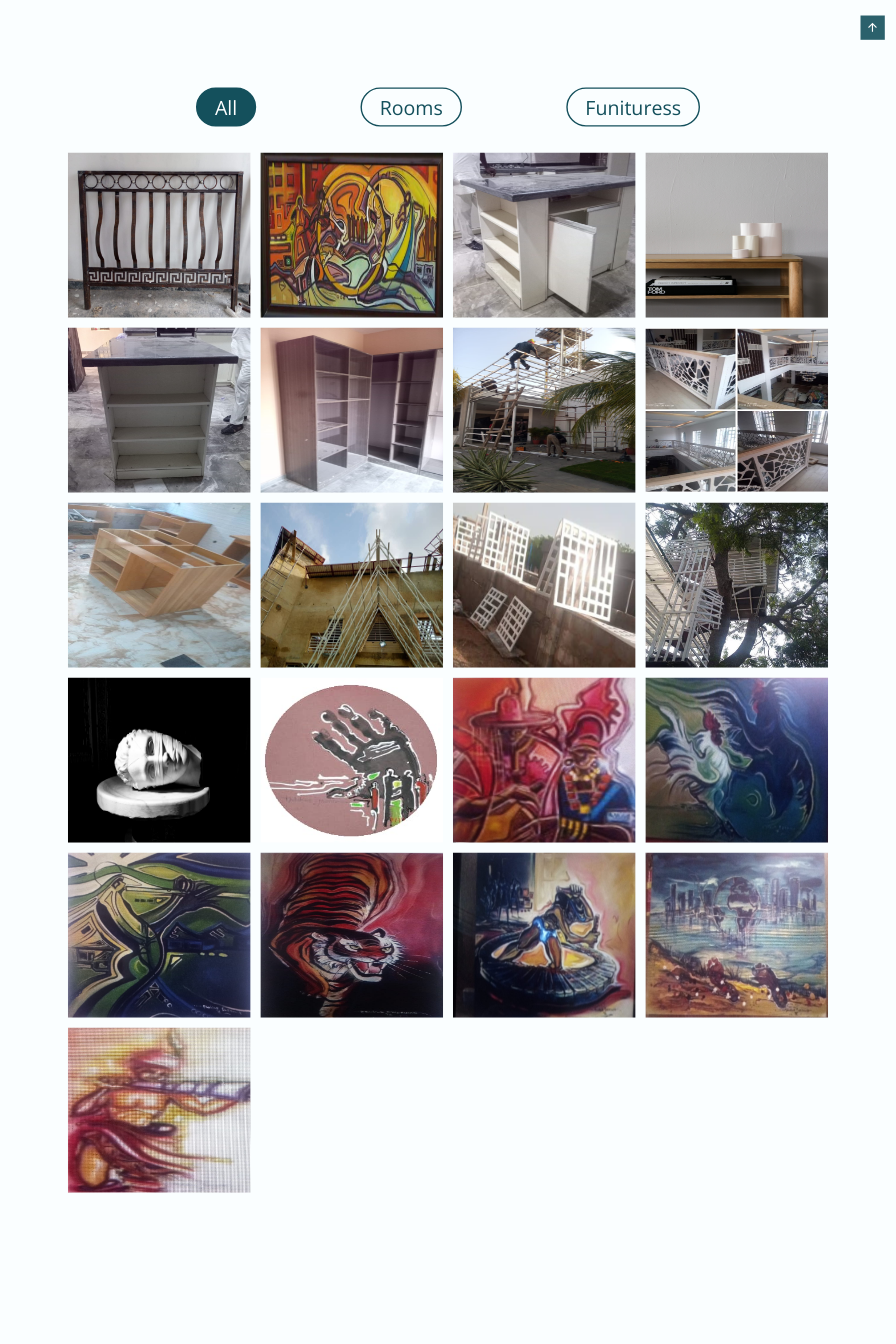
Repository: uche-hub/ARTBIT-WEB
Page: interiors.html
An editor plug-in stored every save of this project. The page is shown before and after the next save, followed by the edit.
The browser window is 1280 px wide. The pictures show the part of the page from y = 807 to 2727 px (the page is 3204 px tall), at 70% of full size.

Above is the page before, as saved 2021-11-17 15:39:27.
Console error: TypeError: Cannot read properties of null (reading 'classList')

### interiors.html
<!DOCTYPE html>
<html lang="en">
  <head>
    <meta charset="UTF-8" />
    <meta name="viewport" content="width=device-width, initial-scale=1.0" />

    <link rel="shortcut icon" href="assets/img/favicon.png" type="image/png" />

    <!--=============== REMIXICONS ===============-->
    <link
      href="https://cdn.jsdelivr.net/npm/remixicon@2.5.0/fonts/remixicon.css"
      rel="stylesheet"
    />

    <!--=============== SWIPER CSS ===============-->
    <link rel="stylesheet" href="assets/css/swiper-bundle.min.css" />

    <!--=============== CSS ===============-->
    <link rel="stylesheet" href="assets/css/styles.css" />
    <title>Art Work</title>
  </head>

  <body>
    <header class="header" id="header">
      <nav class="nav container">
        <a href="index.html" class="nav__logo">ARTBIT NIG LTD</a>

        <div class="nav__menu" id="nav-menu">
          <ul class="nav__list">
            <li class="nav__item">
              <a href="index.html" class="nav__link">Home</a>
            </li>
            <li class="nav__item">
              <a href="about.html" class="nav__link">About</a>
            </li>
            <li class="nav__item">
              <a href="interiors.html" class="nav__link active-link"
                >Interiors</a
              >
            </li>
            <li class="nav__item">
              <a href="art.html" class="nav__link">Art Works</a>
            </li>
            <li class="nav__item">
              <a href="contact.html" class="nav__link">Contact Us</a>
            </li>
          </ul>

          <div class="nav__dark">
            <!-- Theme change button -->
            <span class="change-theme-name">Dark mode</span>
            <i class="ri-moon-line change-theme" id="theme-button"></i>
          </div>

          <i class="ri-close-line nav__close" id="nav-close"></i>
        </div>

        <div class="nav__toggle" id="nav-toggle">
          <i class="ri-function-line"></i>
        </div>
      </nav>
    </header>

    <main class="main">
      <section class="home" id="home">
        <img src="assets/img/interiorsbg2.jpg" alt="" class="home__img" />

        <div class="home__container container grid">
          <div class="home__data">
            <span class="home__data-subtitle"
              >Discover all our interior designs</span
            >
            <h1 class="home__data-title">
              Explore The <br />Best <b>Beautiful home designs</b>
            </h1>
          </div>

          <div class="home__social">
            <a
              href="https://www.facebook.com/"
              target="_blank"
              class="home__social-link"
            >
              <i class="ri-facebook-box-fill"></i>
            </a>
            <a
              href="https://www.instagram.com/"
              target="_blank"
              class="home__social-link"
            >
              <i class="ri-instagram-fill"></i>
            </a>
            <a
              href="https://twitter.com/"
              target="_blank"
              class="home__social-link"
            >
              <i class="ri-twitter-fill"></i>
            </a>
          </div>
        </div>
      </section>

      <!--=============== ART GALLERY ===========-->
      <section class="art section" id="art">
        <div class="wrapper">
          <nav>
            <div class="items">
              <span class="item active" data-name="all">All</span>
              <span class="item" data-name="painting">Rooms</span>
              <span class="item" data-name="sculptures">Funituress</span>
            </div>
          </nav>
          <!--========= FILTER IMAGE ===========-->
          <div class="gallery">
            <div class="image" data-name="painting">
              <span
                ><img src="/assets/img/interior1.jpeg" alt="painting 1"
              /></span>
            </div>
            <div class="image" data-name="painting">
              <span><img src="/assets/img/act1.jpeg" alt="painting 1" /></span>
            </div>
            <div class="image" data-name="metal">
              <span><img src="/assets/img/i2.jpeg" alt="metal 1" /></span>
            </div>
            <div class="image" data-name="sculptures">
              <span
                ><img src="/assets/img/interiors3.jpg" alt="sculptures 1"
              /></span>
            </div>
            <div class="image" data-name="painting">
              <span><img src="/assets/img/i3.jpeg" alt="painting 2" /></span>
            </div>
            <div class="image" data-name="metal">
              <span><img src="/assets/img/i4.jpeg" alt="metal 2" /></span>
            </div>
            <div class="image" data-name="sculptures">
              <span><img src="/assets/img/i5.jpeg" alt="sculptures 2" /></span>
            </div>
            <div class="image" data-name="painting">
              <span><img src="/assets/img/i6.jpeg" alt="painting 3" /></span>
            </div>
            <div class="image" data-name="metal">
              <span><img src="/assets/img/i7.jpeg" alt="metal 3" /></span>
            </div>
            <div class="image" data-name="sculptures">
              <span><img src="/assets/img/i8.jpeg" alt="sculptures 3" /></span>
            </div>
            <div class="image" data-name="painting">
              <span><img src="/assets/img/i9.jpeg" alt="painting 4" /></span>
            </div>
            <div class="image" data-name="metal">
              <span><img src="/assets/img/i10.jpeg" alt="metal 4" /></span>
            </div>
            <div class="image" data-name="sculptures">
              <span><img src="/assets/img/s4.jpg" alt="sculptures 4" /></span>
            </div>



            <div class="image" data-name="sculptures">
              <span><img src="/assets/img/a3.jpeg" alt="sculptures 1" /></span>
            </div>
            <div class="image" data-name="painting">
              <span><img src="/assets/img/a4.jpeg" alt="painting 2" /></span>
            </div>
            <div class="image" data-name="metal">
              <span><img src="/assets/img/a5.jpeg" alt="metal 2" /></span>
            </div>
            <div class="image" data-name="sculptures">
              <span><img src="/assets/img/a6.jpeg" alt="sculptures 2" /></span>
            </div>
            <div class="image" data-name="painting">
              <span><img src="/assets/img/a7.jpeg" alt="painting 3" /></span>
            </div>
            <div class="image" data-name="metal">
              <span><img src="/assets/img/a8.jpeg" alt="metal 3" /></span>
            </div>
            <div class="image" data-name="sculptures">
              <span><img src="/assets/img/a9.jpeg" alt="sculptures 3" /></span>
            </div>
            <div class="image" data-name="painting">
              <span><img src="/assets/img/a10.jpeg" alt="painting 4" /></span>
            </div>
          </div>
        </div>
      </section>

      <!-- Full Screen Image Preview Box-->
      <div class="preview-box">
        <div class="details">
          <span class="title"
            >Image Category:
            <p>Not Defined</p></span
          >
          <span class="icon ri-close-line"></span>
        </div>
        <div class="image-box">
          <img src="" alt="" />
        </div>
      </div>

      <div class="shadow"></div>
    </main>

    <!--==================== FOOTER ====================-->
    <footer class="footer section">
      <div class="footer__container container grid">
        <div class="footer__content grid">
          <div class="footer__data">
            <h3 class="footer__title">ARTBIT NIG LTD</h3>
            <p class="footer__description">
              You can find the most beautiful and pleasant art works and
              interiors prices with special discounts. We do art like painting,
              sculptures, metal construction. You can choose the best art that
              suit your home, <br />
              interiors that best suit your home.
            </p>
            <div>
              <a
                href="https://www.facebook.com/"
                target="_blank"
                class="footer__social"
              >
                <i class="ri-facebook-box-fill"></i>
              </a>
              <a
                href="https://twitter.com/"
                target="_blank"
                class="footer__social"
              >
                <i class="ri-twitter-fill"></i>
              </a>
              <a
                href="https://www.instagram.com/"
                target="_blank"
                class="footer__social"
              >
                <i class="ri-instagram-fill"></i>
              </a>
            </div>
          </div>

          <div class="footer__data">
            <h3 class="footer__subtitle">About</h3>
            <ul>
              <li class="footer__item">
                <a href="#about" class="footer__link">About Us</a>
              </li>
              <li class="footer__item">
                <a href="#art" class="footer__link">Art Works</a>
              </li>
              <li class="footer__item">
                <a href="#interiors" class="footer__link">Interiors</a>
              </li>
            </ul>
          </div>

          <div class="footer__data">
            <h3 class="footer__subtitle">Full Links</h3>
            <ul>
              <li class="footer__item">
                <a href="art.html" class="footer__link">See all art works</a>
              </li>
              <li class="footer__item">
                <a href="" class="footer__link">See all interior decoration</a>
              </li>
            </ul>
          </div>

          <div class="footer__data">
            <h3 class="footer__subtitle">Support</h3>
            <ul>
              <li class="footer__item">
                <a href="" class="footer__link">Contact Us</a>
              </li>
            </ul>
          </div>
        </div>

        <div class="footer__rights">
          <p class="footer__copy">
            &#169; 2021 ARTBIT NIG LTD. All rigths reserved.
          </p>
        </div>
      </div>
    </footer>

    <!--========== SCROLL UP ==========-->
    <a href="#" class="scrollup" id="scroll-up">
      <i class="ri-arrow-up-line scrollup__icon"></i>
    </a>

    <!--=============== SCROLL REVEAL===============-->
    <script src="assets/js/scrollreveal.min.js"></script>

    <!--=============== SWIPER JS ===============-->
    <script src="assets/js/swiper-bundle.min.js"></script>

    <!--=============== MAIN JS ===============-->
    <script src="assets/js/art.js"></script>
  </body>
</html>

Loaded but not shown: assets/css/swiper-bundle.min.css (library); assets/js/scrollreveal.min.js (library); assets/js/swiper-bundle.min.js (library); assets/js/art.js (201 lines, source omitted); assets/css/styles.css (1203 lines, source omitted)

After the next save:
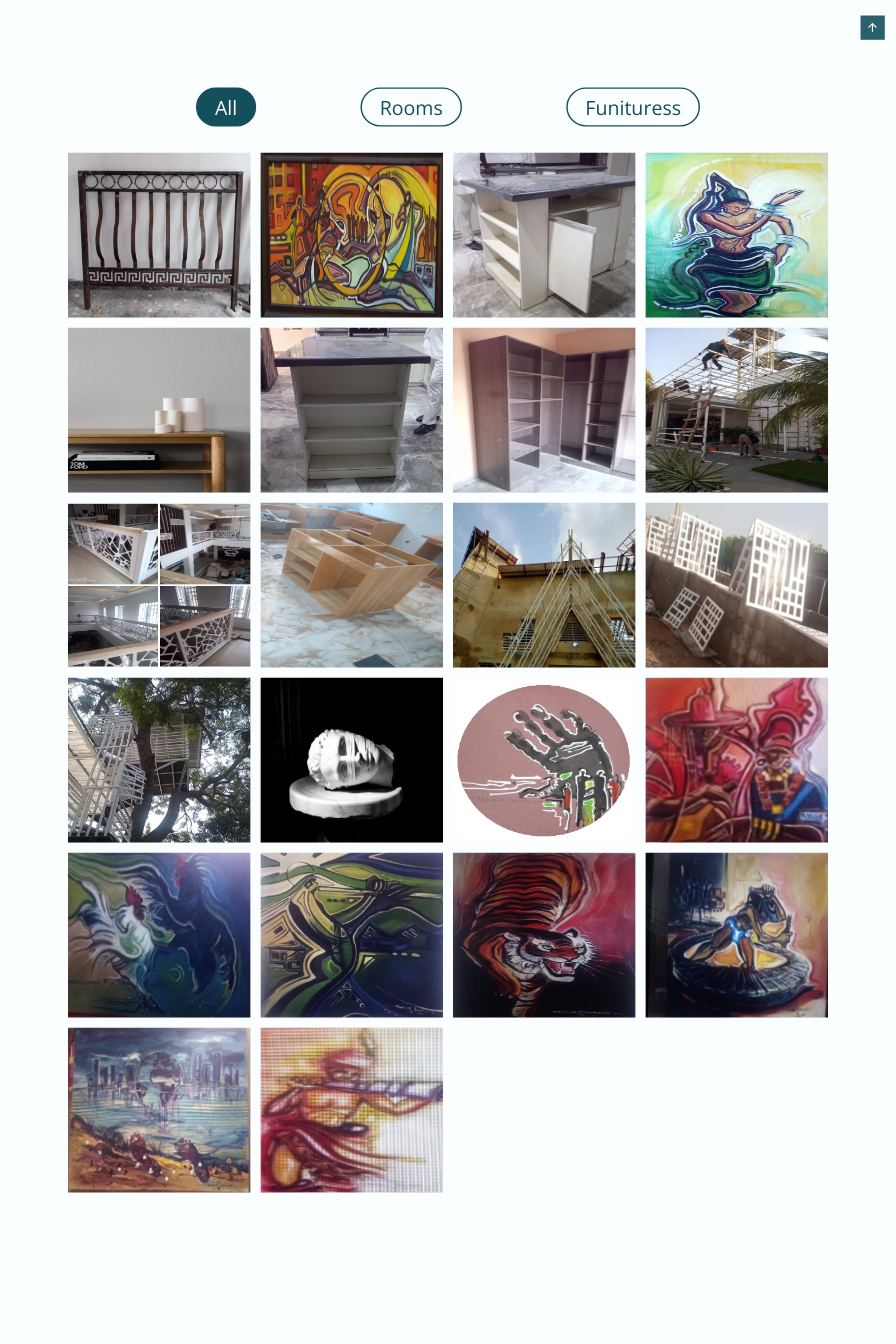
Saved 7 s later.
--- a/interiors.html
+++ b/interiors.html
@@ -123,6 +123,9 @@
             </div>
             <div class="image" data-name="metal">
               <span><img src="/assets/img/i2.jpeg" alt="metal 1" /></span>
+            </div>
+            <div class="image" data-name="metal">
+              <span><img src="/assets/img/a1.jpeg" alt="metal 1" /></span>
             </div>
             <div class="image" data-name="sculptures">
               <span
